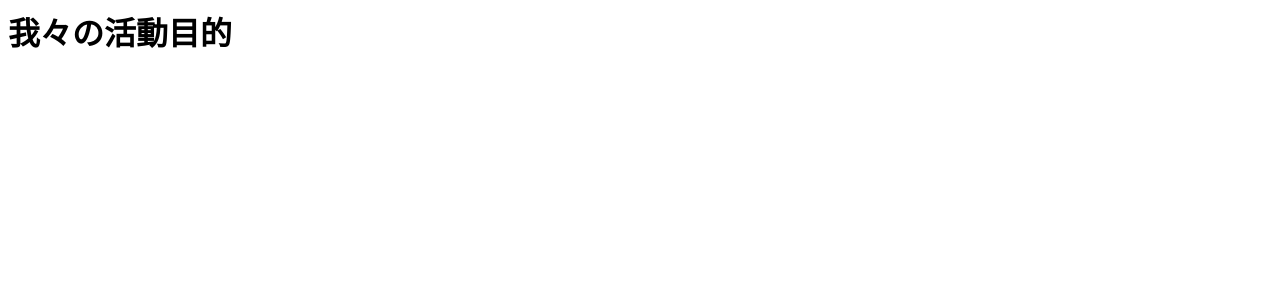
Repository: ghevp/LEGO-club
Page: http://localhost/page/policy.php
The author's editor kept a copy of each file at every save. The page is drawn from the files as they stood at one save, then again after the next save.
The browser window is 1280 px wide. The pictures show the whole page.
The page is run by PHP 8.4 with error messages shown; the project is at /var/www/html/.

Above is the page before, as saved 2022-11-11 16:39:19.

After the next save:
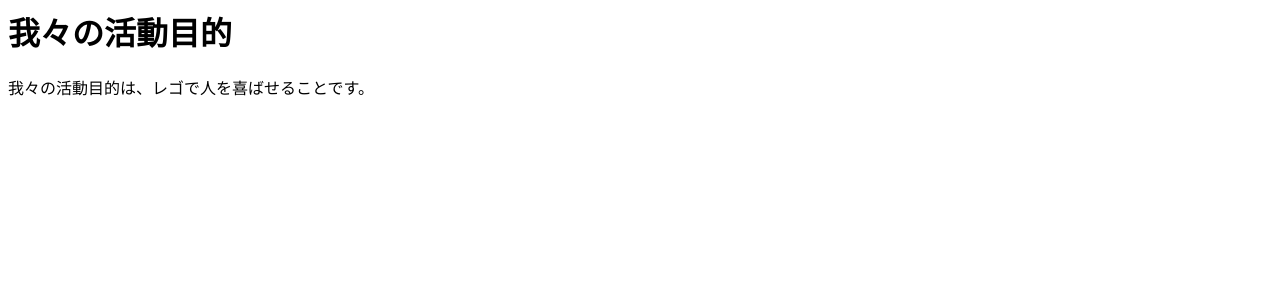
Saved 19 s later.
--- a/page/policy.php
+++ b/page/policy.php
@@ -1,5 +1,5 @@
 <main class="main">
     <h1>我々の活動目的</h1>
     <h2></h2>
-
+    <p>我々の活動目的は、レゴで人を喜ばせることです。</p>
 </main>
